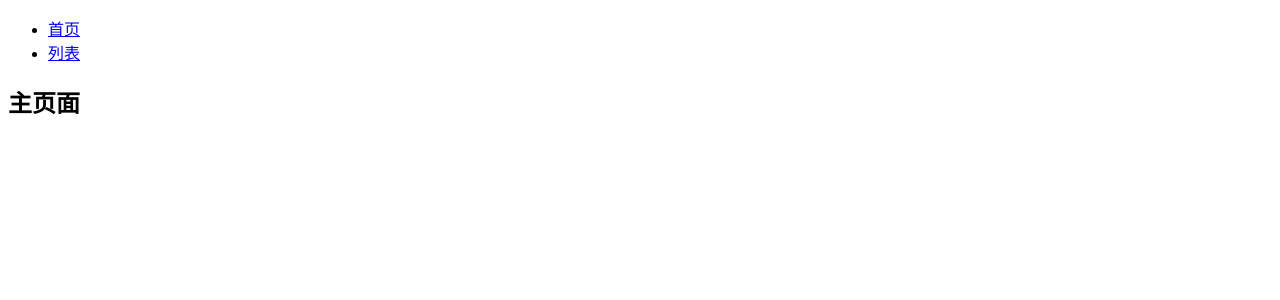
Repository: ArtemisWang/react-router
Page: /
The author's editor kept a copy of each file at every save. The page is drawn from the files as they stood at one save, then again after a run of saves.
The browser window is 1280 px wide. The pictures show the whole page.
The project was rebuilt for these pictures with package versions that can differ from the ones it lists, and the page was loaded fresh each time. Also part of the build but not shown: src/Pages/List.js.

Above is the page before, as saved 2020-02-20 14:19:49.

### src/index.js
import React from 'react';
import ReactDOM from 'react-dom';
import AppRouter from './AppRouter'

ReactDOM.render(<AppRouter />, document.getElementById('root'));

### src/AppRouter.js
import React from 'react'
import {BrowserRouter as Router, Route, Link} from 'react-router-dom'
import Index from './Pages/Index'
import List from './Pages/List'

// 设置规则---传递值---接受值---显示内容

function AppRouter(){
    return (
        <Router>
            <ul>
                <li><Link to='/'>首页</Link></li>
                <li><Link to='/list/123'>列表</Link></li>
            </ul>
            <Route path='/' exact component={Index}/>
            {/* exect 精确匹配 一般首页需要精确匹配 */}
            <Route path='/list/:id' component={List}/>
        </Router>
    )
}

export default AppRouter

### src/Pages/Index.js
import React, { Component } from 'react';

class Index extends Component {
    constructor(props) {
        super(props);
        this.state = {
            list:[
                {cid:123,title:'Artemis的个人博客-1'},
                {cid:456,title:'Artemis的个人博客-2'},
                {cid:789,title:'Artemis的个人博客-3'}
            ]
         }
    }
    render() {
        return (
            <h2>主页面</h2>
            // <ul>
            //     {/* {this.state.list.map((content,index)=>{return <li key={cid+index}>{content.title}</li>})} */}
            // </ul>
        );
    }
}

export default Index;

Loaded but not shown: public/index.html (common file)

After the next 5 saves:
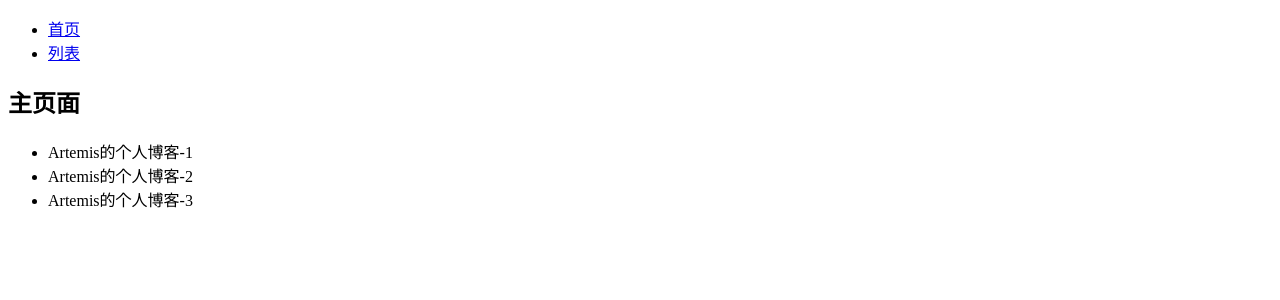
The 5 saves are shown as one change because 4 did not build or start.
The last was saved 2 min 45 s later.
--- a/src/Pages/Index.js
+++ b/src/Pages/Index.js
@@ -13,10 +13,16 @@ class Index extends Component {
     }
     render() {
         return (
-            <h2>主页面</h2>
-            // <ul>
-            //     {/* {this.state.list.map((content,index)=>{return <li key={cid+index}>{content.title}</li>})} */}
-            // </ul>
+            <div>
+                <h2>主页面</h2>
+                <ul>
+                    {
+                    this.state.list.map((item,index)=>{
+                        return (<li key={index}>{item.title}</li>)
+                    })
+                    }
+                </ul>
+            </div>
         );
     }
 }
